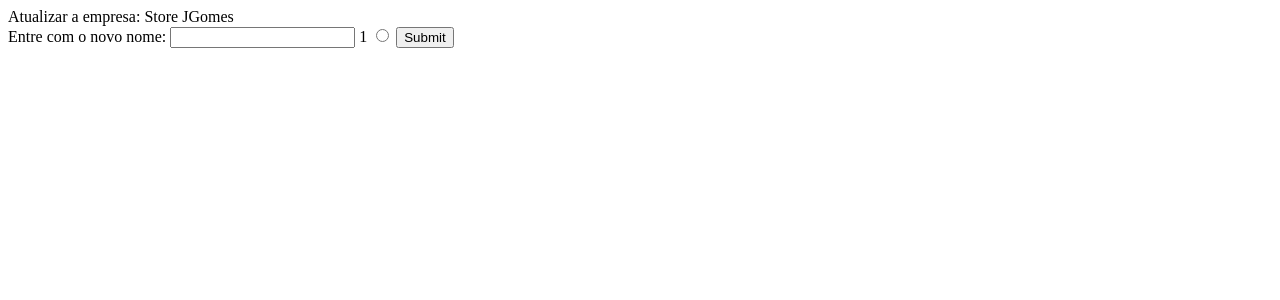
Repository: EmersonRGomes/study
Page: http://localhost/gerenciadorstudy/mostraEmpresa?id=1
These files come from the project's save history. The page is drawn as it stood at one moment and after the next save; the edit follows.
The browser window is 1280 px wide. The pictures show the whole page.
The page is served by Tomcat 9.

Above is the page before, as saved 2022-08-01 19:03:02.

After the next save:
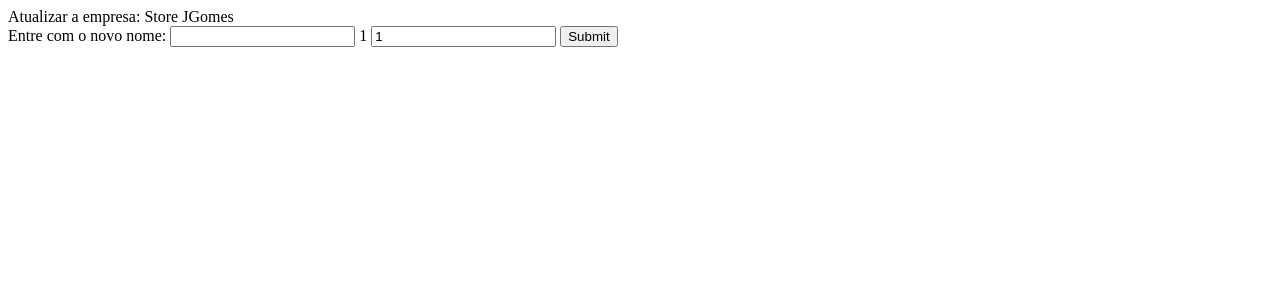
Saved 41 s later.
--- a/gerenciadorstudy/webContent/FormAlteraEmpresa.jsp
+++ b/gerenciadorstudy/webContent/FormAlteraEmpresa.jsp
@@ -13,7 +13,7 @@
 
 		Atualizar a empresa: ${empresa.nome} </br>
 		Entre com o novo nome: <input type="text" name="nome">
-		${empresa.id} <input id="Radio1" type="radio" name="id" value="${empresa.id} ">
+		${empresa.id} <input name="id" value="${empresa.id} ">
 			  <input type="submit">
 	</form>
 </body>

After the save that followed:
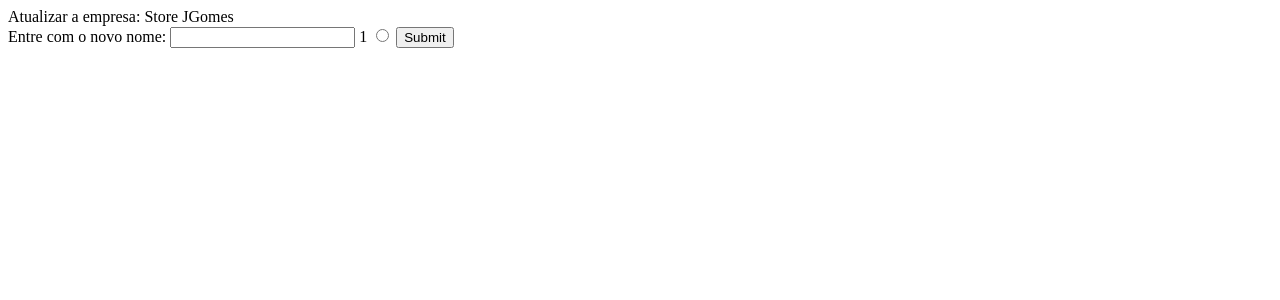
Saved 9 s later.
--- a/gerenciadorstudy/webContent/FormAlteraEmpresa.jsp
+++ b/gerenciadorstudy/webContent/FormAlteraEmpresa.jsp
@@ -13,7 +13,7 @@
 
 		Atualizar a empresa: ${empresa.nome} </br>
 		Entre com o novo nome: <input type="text" name="nome">
-		${empresa.id} <input name="id" value="${empresa.id} ">
+		${empresa.id} <input type="radio" name="id" value="${empresa.id} ">
 			  <input type="submit">
 	</form>
 </body>
